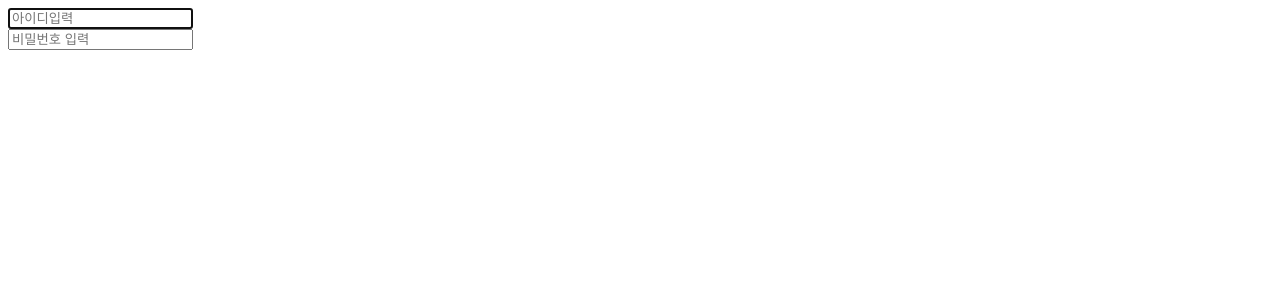
Repository: Show-And-Prove/jsp
Page: practice01/WebContent/loginForm.html
These files come from the project's save history. The page is drawn as it stood at one moment and after the next save; the edit follows.
The browser window is 1280 px wide. The pictures show the whole page.

Above is the page before, as saved 2022-10-17 09:18:12.

After the next save:
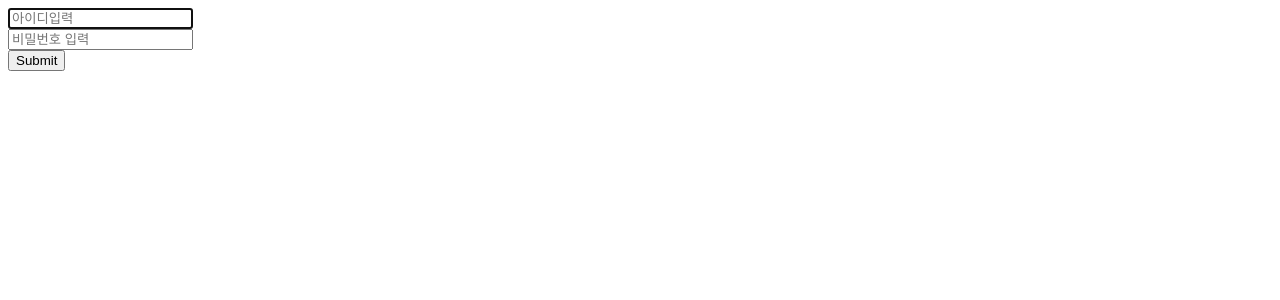
Saved 34 s later.
--- a/practice01/WebContent/loginForm.html
+++ b/practice01/WebContent/loginForm.html
@@ -5,10 +5,10 @@
 <title>로그인 폼</title>
 </head>
 <body>
-<form name="loginForm" action="test05.jsp" method="post">
-<input type="text" name="id" id="id" placeholder="아이디입력" autofocus required="required"><br>
-<input type="password" name="pw" id="pw" placeholder="비밀번호 입력" required="required"><br>
-
-</form>
+	<form name="loginForm" action="test05.jsp" method="post">
+		<input type="text" name="id" id="id" placeholder="아이디입력" autofocus required="required"><br>
+		<input type="password" name="pw" id="pw" placeholder="비밀번호 입력" required="required"><br>
+		<input type="submit">
+	</form>
 </body>
 </html>
